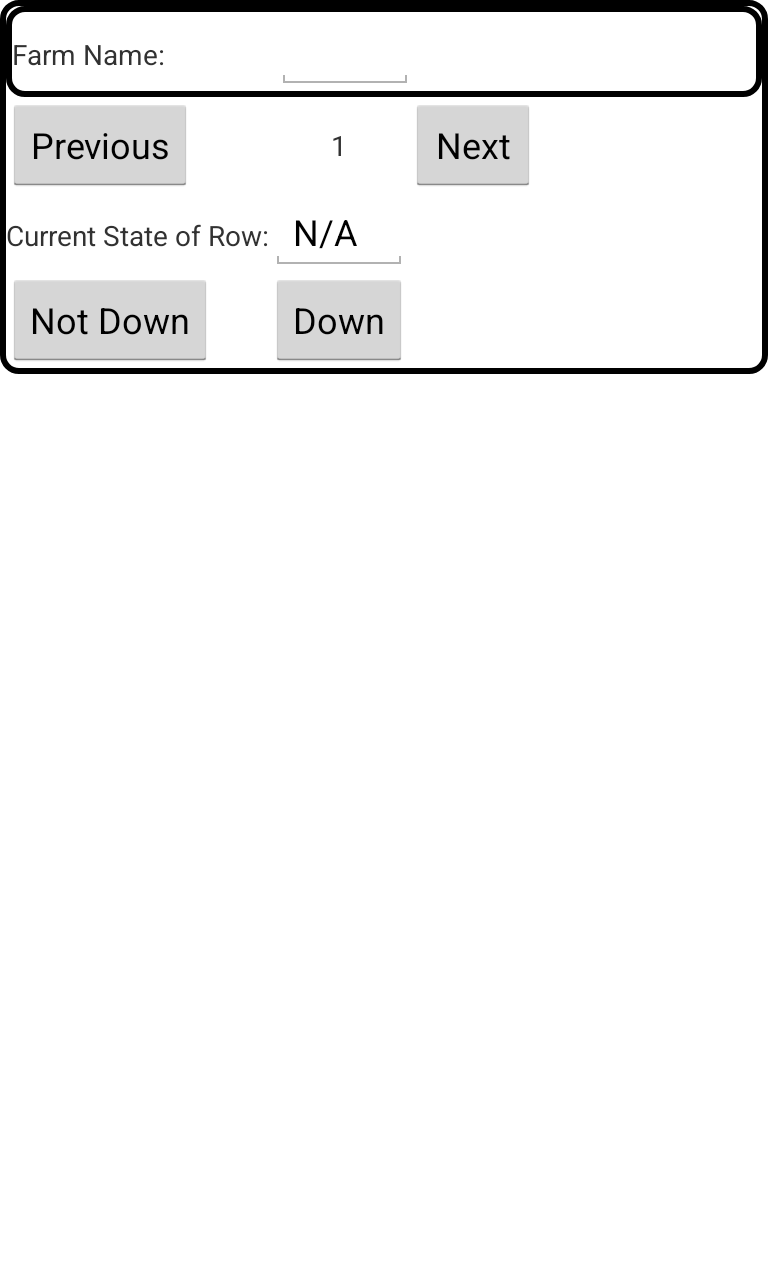
Repository: cokembel/FarmHand
Layout: FarmHand/res/layout/activity_main.xml
An editor plug-in stored every save of this project. The layout is shown before and after the next save, followed by the edit.
It is drawn on a 768 x 1280 px phone screen (xhdpi) without system bars, with theme AppTheme; the app's code is not run.

Above is the layout before, as saved 2012-11-27 10:36:42.

### FarmHand/res/layout/activity_main.xml

    <ScrollView xmlns:android="http://schemas.android.com/apk/res/android"
        android:layout_width="match_parent"
        android:layout_height="match_parent"
        android:layout_alignParentLeft="true"
        android:layout_alignParentTop="true" >

        <TableLayout
            android:background="@drawable/borders"
            android:layout_width="match_parent"
            android:layout_height="wrap_content" >
            <TableRow android:background="@drawable/borders">
                <TextView android:text="@string/farm_name" />

                <AutoCompleteTextView
                    android:id="@+id/farm_name"
                    android:layout_width="match_parent"
                    android:layout_height="wrap_content" />

            </TableRow>
            <TableRow android:layout_width="wrap_content" >
                <Button
                    android:id="@+id/prev_row"
                    android:text="Previous"
                    android:layout_gravity="left" />
                <TextView
                    android:id="@+id/row_number"
                    android:layout_height="match_parent"
                    android:text="1"
                    android:gravity="center" />
                <Button
                    android:id="@+id/next_row"
                    android:text="Next"
                    android:layout_gravity="right" />
            </TableRow>
            <TableRow>
                <TextView android:text="@string/status" />
                <EditText android:id="@+id/current_status"
                    android:text="N/A"
                    android:layout_width="wrap_content"/>
            </TableRow>

            <TableRow
                android:layout_width="wrap_content"
                android:layout_height="wrap_content" >

                 <Button
                     android:id="@+id/not_down"
                     android:text="Not Down"
                     android:layout_gravity="left" />

 				 <Button
 				     android:id="@+id/down"
 				     android:layout_width="fill_parent"
 				     android:layout_gravity="right"
 				     android:text="Down" />

            </TableRow>
        </TableLayout>

    </ScrollView>

### FarmHand/res/drawable-mdpi/borders.xml
<shape xmlns:android="http://schemas.android.com/apk/res/android">
    <stroke android:width="3dp" android:color="#000000" />
    <solid android:color="#ffffff" />
    <padding android:left="3dp" android:top="3dp"
            android:right="3dp" android:bottom="3dp" />
    <corners android:radius="8dp" />
</shape>

### FarmHand/res/values/strings.xml
<resources>

    <string name="app_name">FarmHand</string>
    <string name="menu_settings">Settings</string>
    <string name="title_activity_main">MainActivity</string>
    <string name="farm_name">Farm Name:</string>
	<string name="status">Current State of Row:</string>

</resources>

Loaded but not shown: FarmHand/res/values-v11/styles.xml (common file); FarmHand/res/values-v14/styles.xml (common file); FarmHand/res/values/styles.xml (common file)

After the next save:
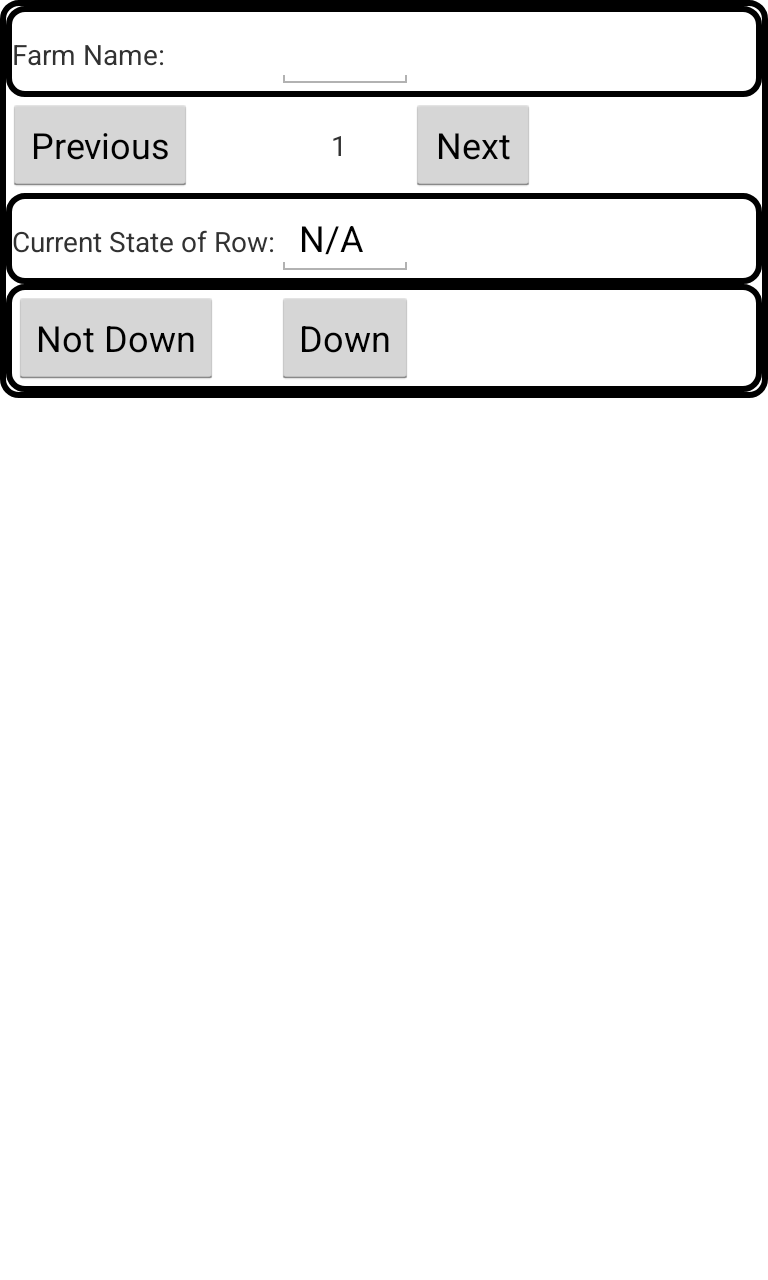
Saved 81 s later.
--- a/FarmHand/res/layout/activity_main.xml
+++ b/FarmHand/res/layout/activity_main.xml
@@ -6,9 +6,10 @@
         android:layout_alignParentTop="true" >
 
         <TableLayout
-            android:background="@drawable/borders"
             android:layout_width="match_parent"
-            android:layout_height="wrap_content" >
+            android:layout_height="239dp"
+            android:background="@drawable/borders" >
+
             <TableRow android:background="@drawable/borders">
                 <TextView android:text="@string/farm_name" />
 
@@ -33,14 +34,14 @@
                     android:text="Next"
                     android:layout_gravity="right" />
             </TableRow>
-            <TableRow>
+            <TableRow android:background="@drawable/borders">
                 <TextView android:text="@string/status" />
                 <EditText android:id="@+id/current_status"
                     android:text="N/A"
                     android:layout_width="wrap_content"/>
             </TableRow>
 
-            <TableRow
+            <TableRow android:background="@drawable/borders"
                 android:layout_width="wrap_content"
                 android:layout_height="wrap_content" >
 
